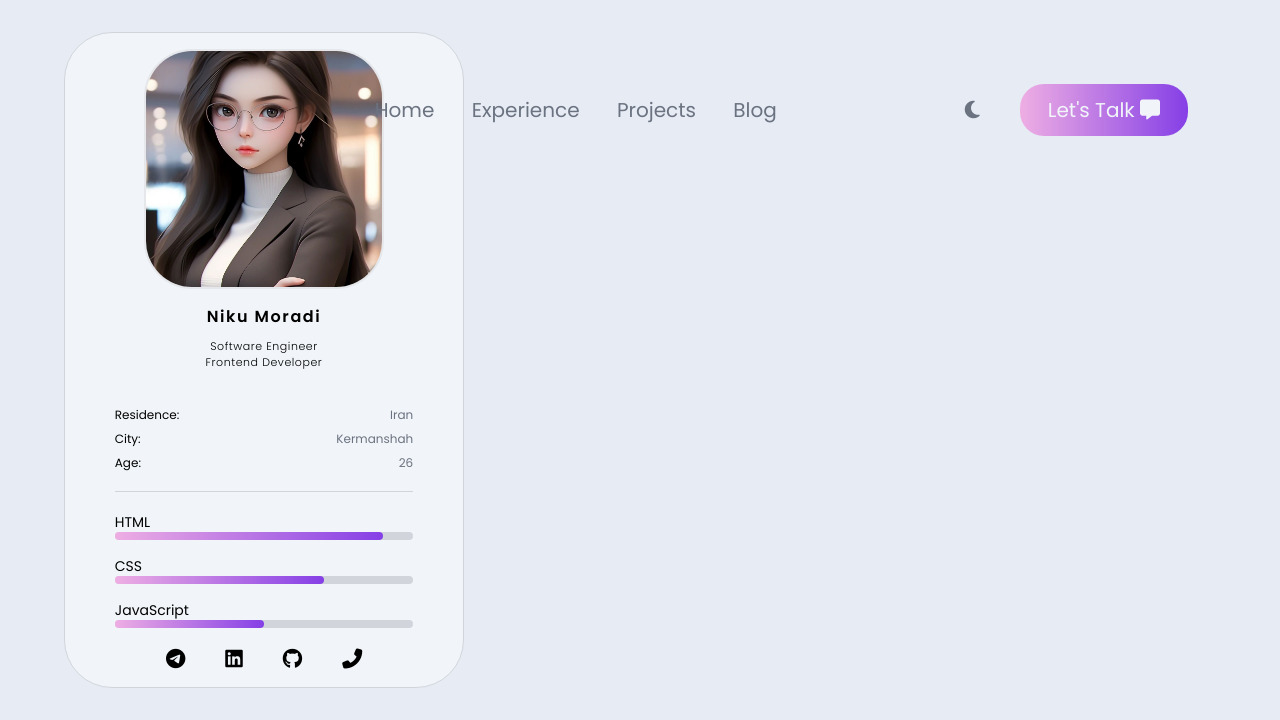
Repository: NikuMoradi/niku-moradi
Page: /
The author's editor kept a copy of each file at every save. The page is drawn from the files as they stood at one save, then again after the next save.
The browser window is 1280 px wide. The pictures show the whole page.
The project was rebuilt for these pictures with package versions that can differ from the ones it lists, and the page was loaded fresh each time. The framework's server and built-in components were replaced by stand-ins that run in the browser. Also part of the build but not shown: nuxt.config.ts, components/Blog Posts/Component-Design.vue, components/Blog.vue, components/Contact.vue, components/Education.vue, components/Experience.vue, components/Hero.vue, components/Menu.vue and 3 more.

Above is the page before, as saved 2024-12-01 12:02:37.

After the next save:
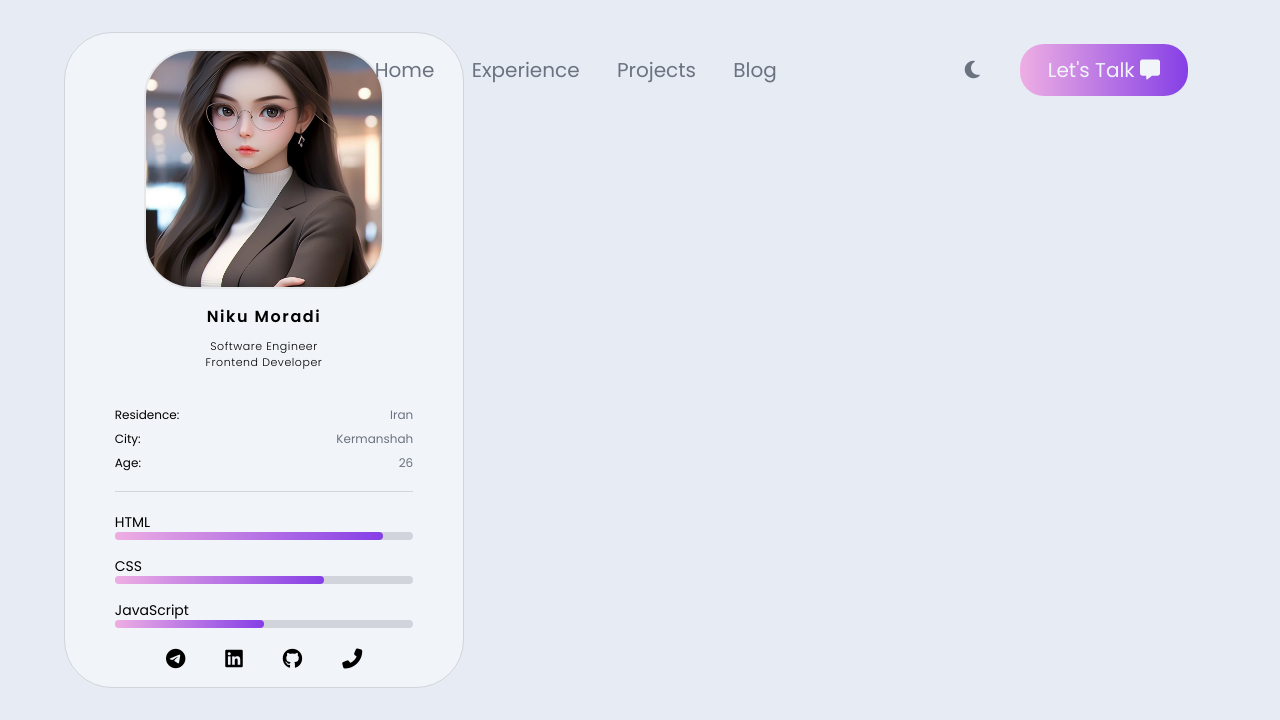
Saved 64 s later.
--- a/components/Navbar.vue
+++ b/components/Navbar.vue
@@ -1,6 +1,6 @@
 <template>
   <div
-    class="flex items-center justify-between px-3 py-1 space-x-12 fixed top-20 right-20 w-2/3"
+    class="flex items-center justify-between px-3 py-1 space-x-12 fixed top-10 right-20 w-2/3"
   >
     <!-- Menu Buttons -->
     <div>
